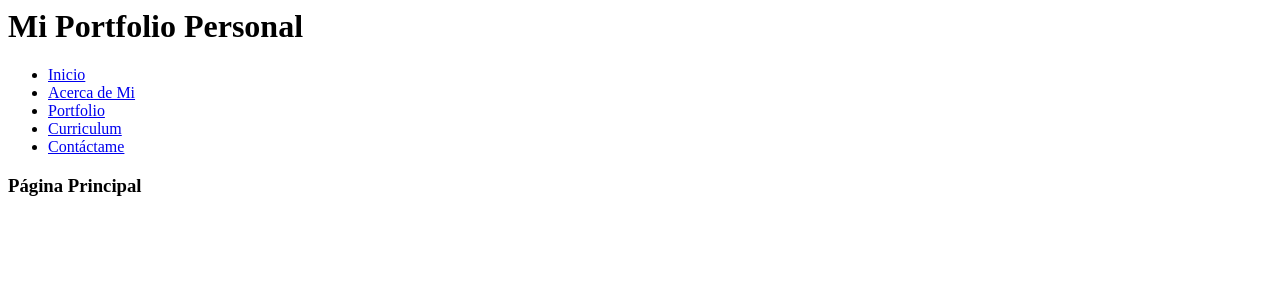
Repository: AlejandroJesusSerrano/portfolio
Page: http://localhost/
These files come from the project's save history. The page is drawn as it stood at one moment and after the next save; the edit follows.
The browser window is 1280 px wide. The pictures show the whole page.
The page is served by the project's application, run on Django 4.2 (manage.py). Other server files are loaded and not shown.

Above is the page before, as saved 2023-09-04 10:46:19.

### portfolio/core/views.py
from django.shortcuts import render, HttpResponse

html_header = """
<h1>Mi Portfolio Personal</h1>
  <ul>
    <li> <a href="/">Inicio</a> </li>
    <li> <a href="/about-me/">Acerca de Mi</a> </li>
    <li> <a href="/portfolio/">Portfolio</a> </li>
    <li> <a href="/curriculum/">Curriculum</a> </li>
    <li> <a href="/contact/">Contáctame</a> </li>
  </ul>
"""
# Create your views here.
def home(request):
  return HttpResponse(html_header + "<h3>Página Principal</h3>")

def about(request):
  return HttpResponse(html_header + "<h3>Acerca de Mi</h3><p>Mi nombre es Alejandro Jesús Serrano y soy programador")

def portfolio(request):
  return HttpResponse(html_header + "<h3>Portfolio</h3><p>Estos son los proyectos que he desarrollado</p>")

def curriculum(request):
  return HttpResponse(html_header + "<h3>Curriculum</h3><p>Especializaciones...</p><p>Futuros Conocimientos</p><p>Aprendiendo Actualmente</p>")

def contact(request):
  return HttpResponse(html_header + "<h3>Contacto</h3><p>Por favor complete el formulario de contacto</p>")

### portfolio/portfolio/urls.py
"""
URL configuration for portfolio project.

The `urlpatterns` list routes URLs to views. For more information please see:
    https://docs.djangoproject.com/en/4.2/topics/http/urls/
Examples:
Function views
    1. Add an import:  from my_app import views
    2. Add a URL to urlpatterns:  path('', views.home, name='home')
Class-based views
    1. Add an import:  from other_app.views import Home
    2. Add a URL to urlpatterns:  path('', Home.as_view(), name='home')
Including another URLconf
    1. Import the include() function: from django.urls import include, path
    2. Add a URL to urlpatterns:  path('blog/', include('blog.urls'))
"""
from django.contrib import admin
from django.urls import path
from core import views

urlpatterns = [
    path('', views.home, name='home'),
    path('about-me/', views.about, name='about-me'),
    path('contact/', views.contact, name='contact'),
    path('portfolio/', views.portfolio, name='porfolio'),
    path('curriculum/', views.curriculum, name='curriculum'),
    path('admin/', admin.site.urls),
]

### portfolio/core/templates/core/home.html
<h1>Mi Portfolio Personal</h1>
<ul>
  <li> <a href="/">Inicio</a> </li>
  <li> <a href="/about-me/">Acerca de Mi</a> </li>
  <li> <a href="/portfolio/">Portfolio</a> </li>
  <li> <a href="/curriculum/">Curriculum</a> </li>
  <li> <a href="/contact/">Contáctame</a> </li>
</ul>

<h3>Página Principal</h3>

<p>Esta es la página principal</p>

After the next save:
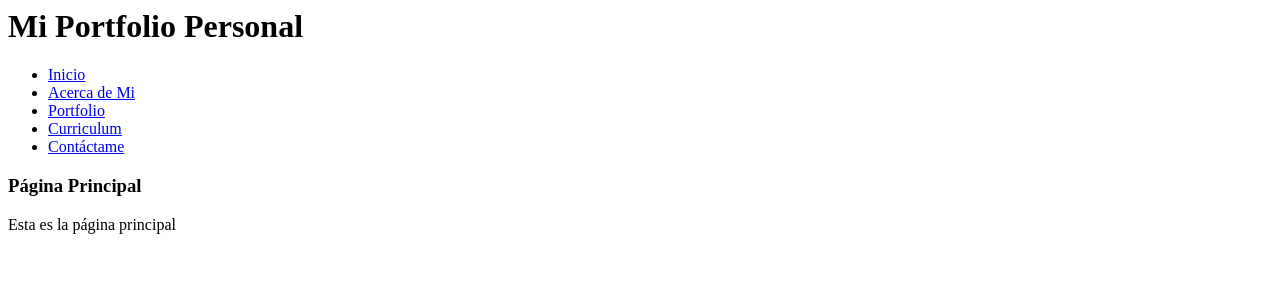
Saved 67 s later.
--- a/portfolio/core/views.py
+++ b/portfolio/core/views.py
@@ -12,7 +12,7 @@ html_header = """
 """
 # Create your views here.
 def home(request):
-  return HttpResponse(html_header + "<h3>Página Principal</h3>")
+  return render(request, 'core/home.html')
 
 def about(request):
   return HttpResponse(html_header + "<h3>Acerca de Mi</h3><p>Mi nombre es Alejandro Jesús Serrano y soy programador")
